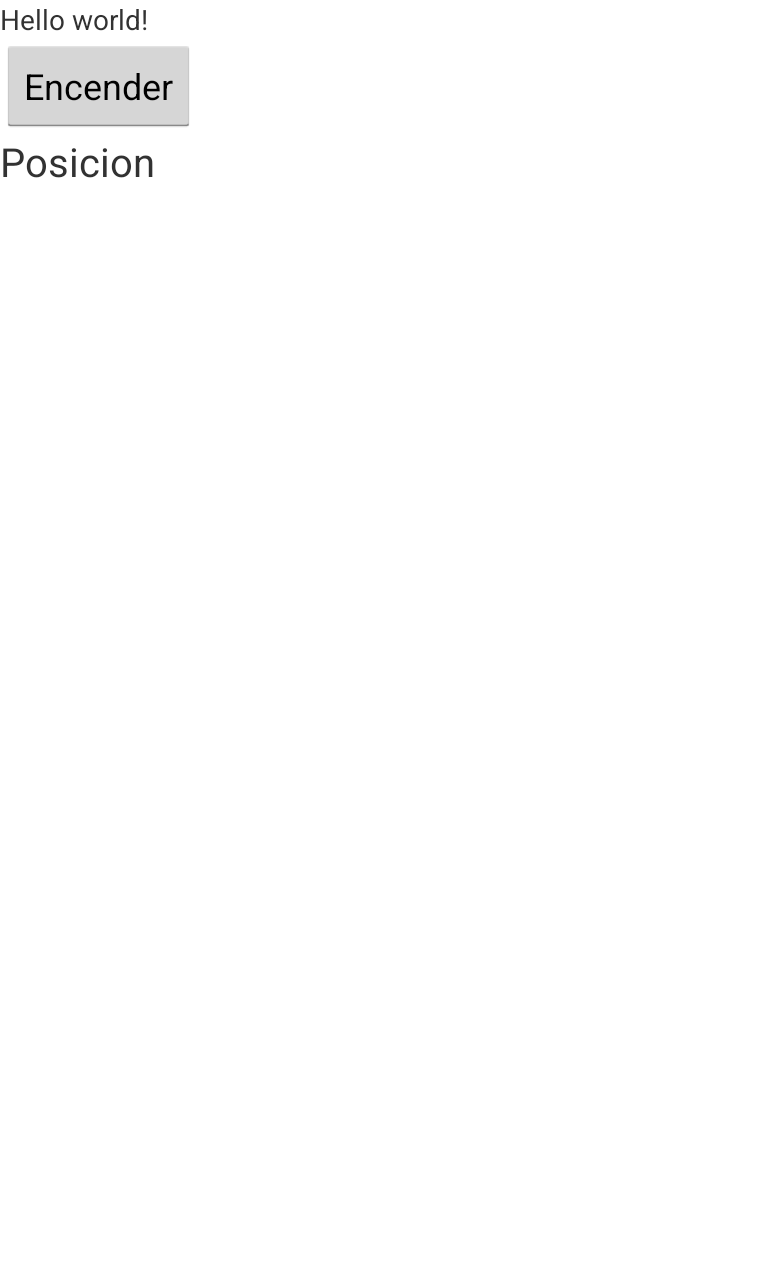
Repository: aludena18/android_apps
Layout: PhoneLocation/res/layout/activity_main.xml
The author's editor kept a copy of each file at every save. The layout is drawn from the files as they stood at one save, then again after the next save.
It is drawn on a 768 x 1280 px phone screen (xhdpi) without system bars, with theme AppTheme; the app's code is not run.

Above is the layout before, as saved 2015-04-29 17:10:31.

### PhoneLocation/res/layout/activity_main.xml
<LinearLayout xmlns:android="http://schemas.android.com/apk/res/android"
    xmlns:tools="http://schemas.android.com/tools"
    android:layout_width="match_parent"
    android:layout_height="match_parent"
    android:orientation="vertical"
    tools:context="com.abel.phonelocation.MainActivity" >

    <TextView
        android:id="@+id/txvHello"
        android:layout_width="wrap_content"
        android:layout_height="wrap_content"
        android:text="@string/hello_world" />

    <Button
        android:id="@+id/btnOn"
        android:layout_width="wrap_content"
        android:layout_height="wrap_content"
        android:text="@string/etqBtnOn"/>

    <TextView
        android:id="@+id/txvPosicion"
        android:textSize="20sp"
        android:layout_width="wrap_content"
        android:layout_height="wrap_content"
        android:text="@string/etqPosicion"
        />

</LinearLayout>

### PhoneLocation/res/values/strings.xml
<?xml version="1.0" encoding="utf-8"?>
<resources>

    <string name="app_name">Phone Location</string>
    <string name="hello_world">Hello world!</string>
    <string name="action_settings">Settings</string>
    <string name="etqPosicion">Posicion</string>
    <string name="etqBtnOn">Encender</string>

</resources>

Loaded but not shown: PhoneLocation/res/values/styles.xml (common file); PhoneLocation/res/values-v11/styles.xml (common file); PhoneLocation/res/values-v14/styles.xml (common file)

After the next save:
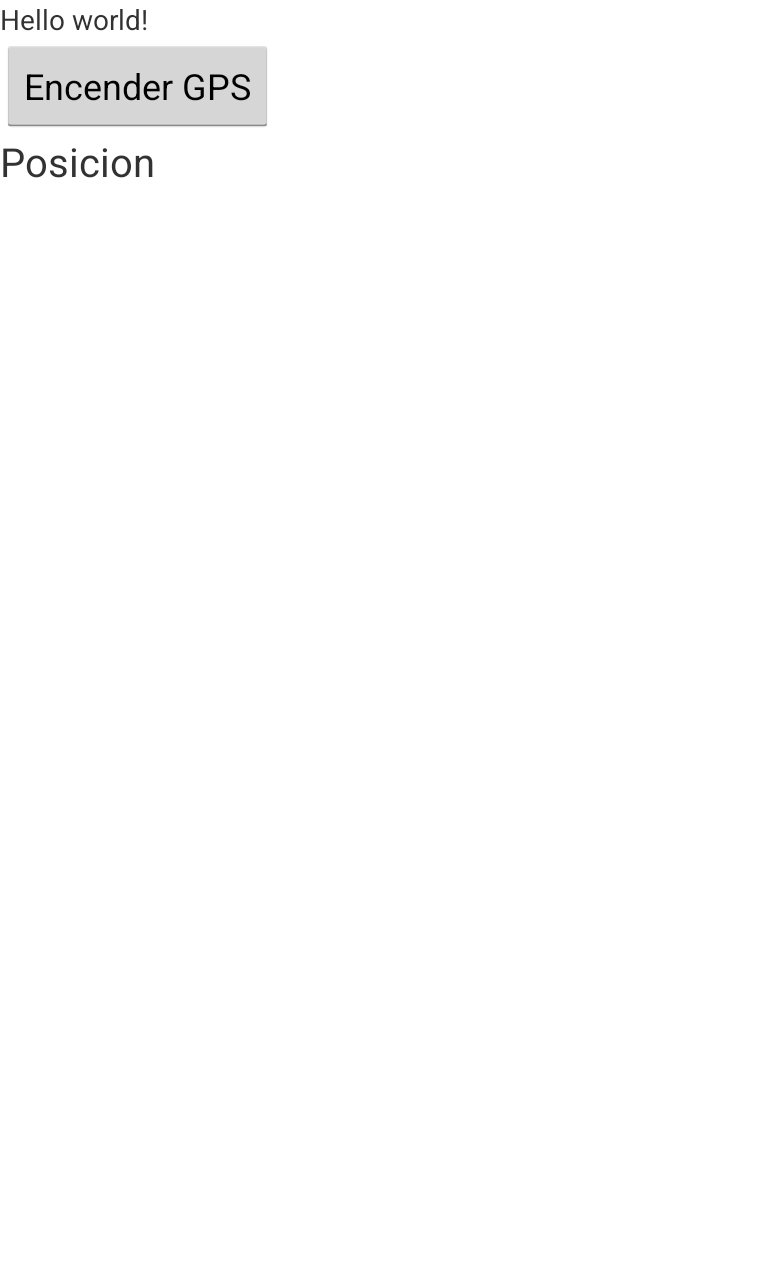
Saved 17 s later.
--- a/PhoneLocation/res/values/strings.xml
+++ b/PhoneLocation/res/values/strings.xml
@@ -5,6 +5,6 @@
     <string name="hello_world">Hello world!</string>
     <string name="action_settings">Settings</string>
     <string name="etqPosicion">Posicion</string>
-    <string name="etqBtnOn">Encender</string>
+    <string name="etqBtnOn">Encender GPS</string>
 
 </resources>
